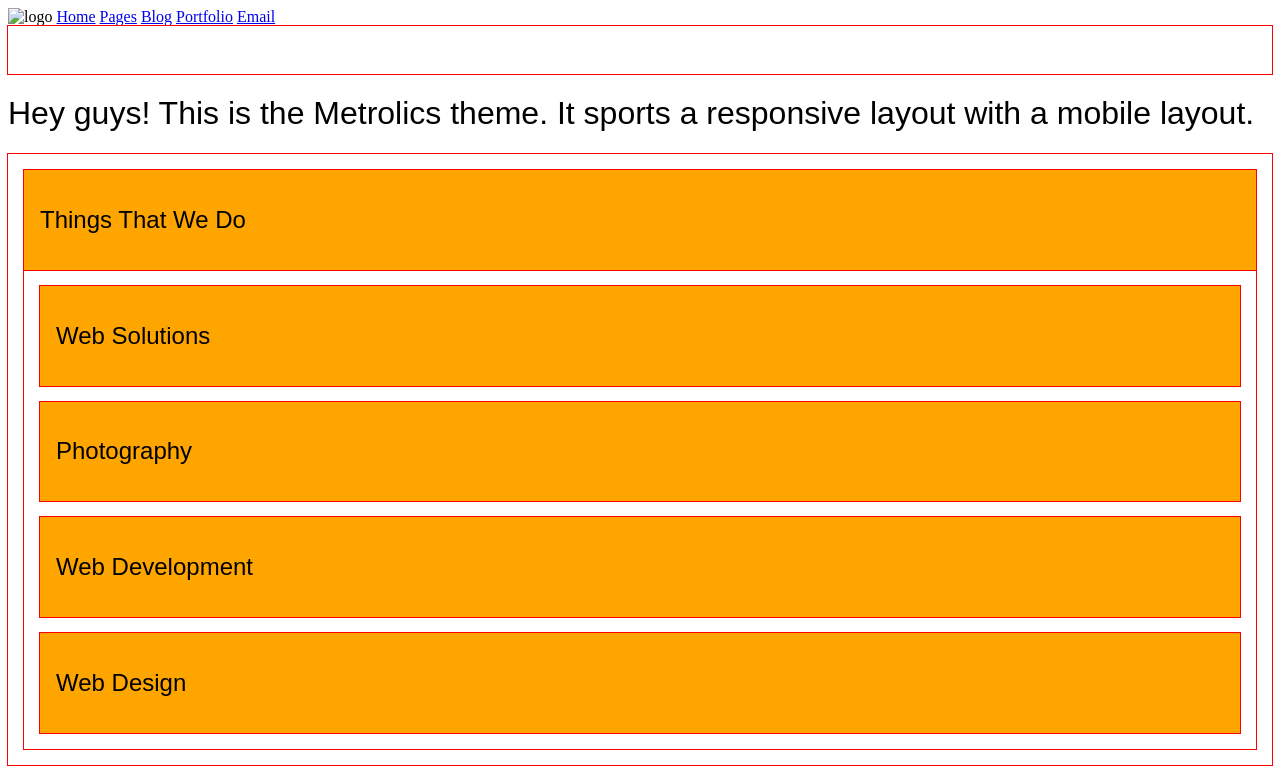
Repository: pjiang604/mdia2003-lab03b
Page: index.html
These files come from the project's save history. The page is drawn as it stood at one moment and after the next save; the edit follows.
The browser window is 1280 px wide. The pictures show the whole page.

Above is the page before, as saved 2023-01-24 00:01:22.

After the next save:
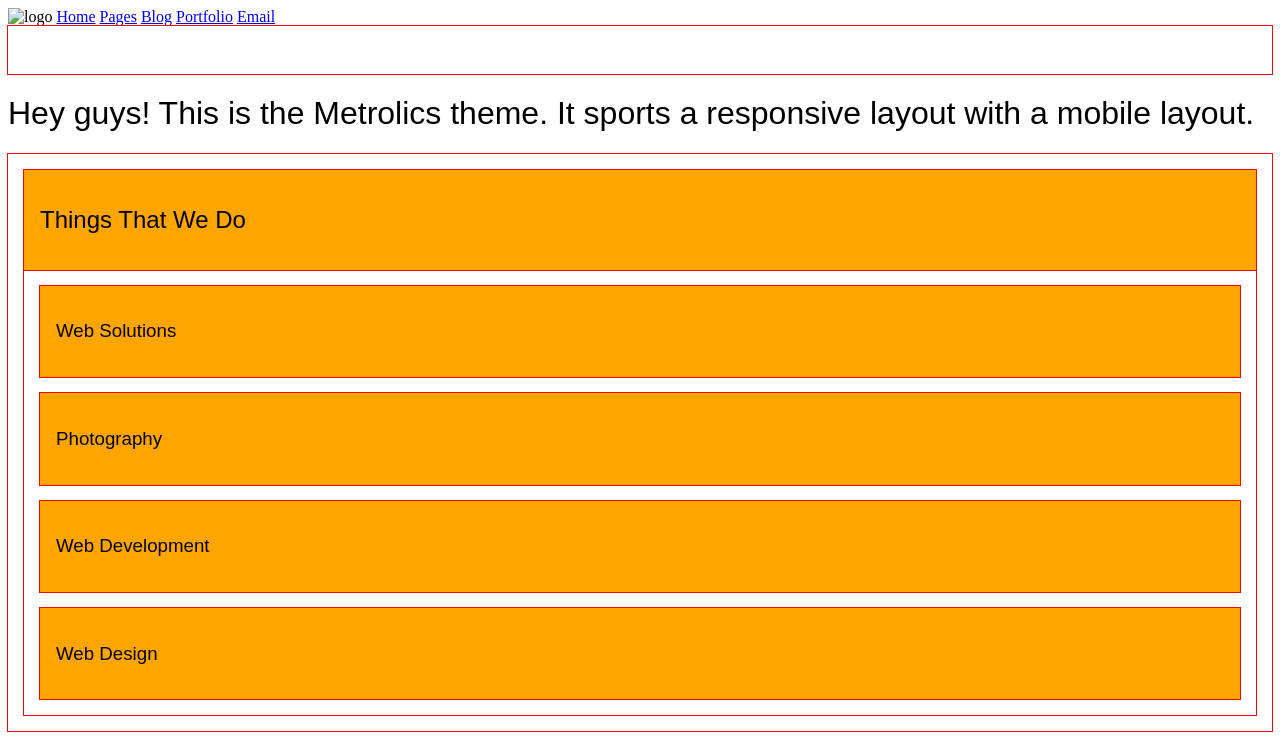
Saved 15 s later.
--- a/index.html
+++ b/index.html
@@ -29,16 +29,16 @@
         </div>
         <div class="row m-col-2">
             <div class="col">
-                <h2>Web Solutions</h2>
+                <h3>Web Solutions</h3>
             </div>
             <div class="col">
-                <h2>Photography</h2>
+                <h3>Photography</h3>
             </div>
             <div class="col">
-                <h2>Web Development</h2>
+                <h3>Web Development</h3>
             </div>
             <div class="col">
-                <h2>Web Design</h2>
+                <h3>Web Design</h3>
             </div>
         </div>
     </div>
